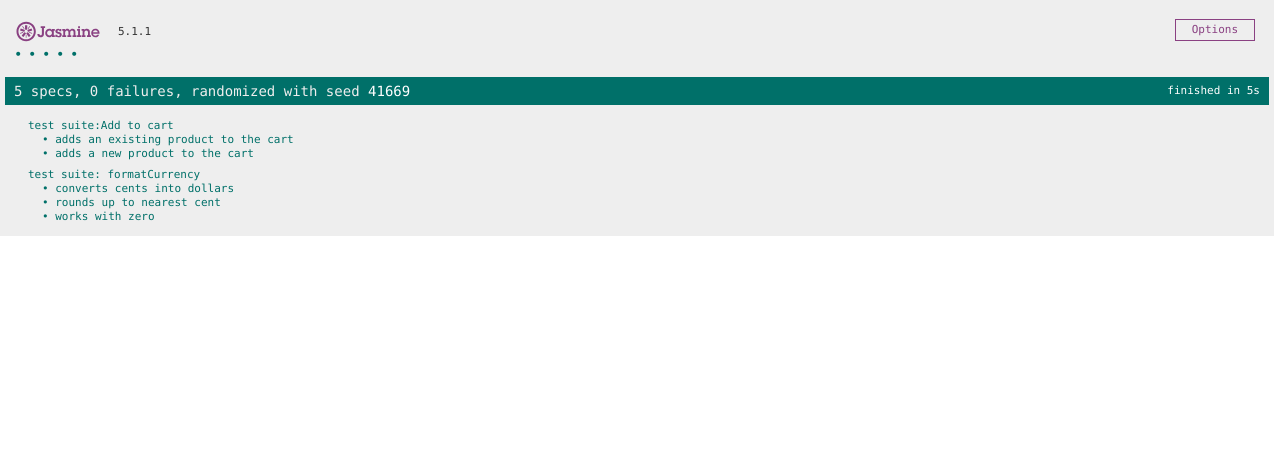
Repository: Srikeerthi05/Amazon-project
Page: tests-jasmine/tests.html
An editor plug-in stored every save of this project. The page is shown before and after the next save, followed by the edit.
The browser window is 1280 px wide. The pictures show the whole page.

Above is the page before, as saved 2025-05-25 17:27:02.

### tests-jasmine/tests.html
<!DOCTYPE html>
<html>
<head>
  <meta charset="utf-8">
  <title>Jasmine Spec Runner v5.1.1</title>

  <link rel="shortcut icon" type="image/png" href="lib/jasmine-5.1.1/jasmine_favicon.png">
  <link rel="stylesheet" href="lib/jasmine-5.1.1/jasmine.css">

  <script src="lib/jasmine-5.1.1/jasmine.js"></script>
  <script src="lib/jasmine-5.1.1/jasmine-html.js"></script>
  <script src="lib/jasmine-5.1.1/boot0.js"></script>
  <!-- optional: include a file here that configures the Jasmine env -->
  <script src="lib/jasmine-5.1.1/boot1.js"></script>


  <script src="utils/moneyTest.js" type="module"></script>
  <script src="data/cartTest.js" type="module"></script>

</head>

<body>
  <div class="js-test-container"></div>
</body>
</html>

### tests-jasmine/utils/moneyTest.js
import {formatCurrency} from '../../scripts/utils/money.js';

describe('test suite: formatCurrency',()=>{
    it('converts cents into dollars',()=>{
        expect(formatCurrency(2095)).toEqual('20.95');
    })
    it('works with zero',()=>{
        expect(formatCurrency(0)).toEqual('0.00');
    })
    it('rounds up to nearest cent',()=>{
        expect(formatCurrency(2000.5)).toEqual('20.01');
    })
})

### tests-jasmine/data/cartTest.js
import {addToCart,cart, loadFromStorage} from '../../data/cart.js';

describe('test suite:Add to cart',()=>{
    it('adds an existing product to the cart',()=>{
        spyOn(localStorage,'setItem');

        spyOn(localStorage,'getItem').and.callFake(()=>{
            return JSON.stringify([{
             productId:'e43638ce-6aa0-4b85-b27f-e1d07eb678c6',
            quantity:1,
            deliveryOptionId:'1'
        }]);


        });

        loadFromStorage();

        addToCart('e43638ce-6aa0-4b85-b27f-e1d07eb678c6');
        expect(cart.length).toEqual(1);
        expect(localStorage.setItem).toHaveBeenCalledTimes(1);
        expect(cart[0].productId).toEqual('e43638ce-6aa0-4b85-b27f-e1d07eb678c6');
        expect(cart[0].quantity).toEqual(2);
    });

    it('adds a new product to the cart',()=>{
        spyOn(localStorage,'setItem');
        spyOn(localStorage,'getItem').and.callFake(()=>{
            return JSON.stringify([]);
        });
        loadFromStorage();



        addToCart('e43638ce-6aa0-4b85-b27f-e1d07eb678c6');
        expect(cart.length).toEqual(1);
        expect(localStorage.setItem).toHaveBeenCalledTimes(1);
        expect(cart[0].productId).toEqual('e43638ce-6aa0-4b85-b27f-e1d07eb678c6');
        expect(cart[0].quantity).toEqual(1);
    });


});

### scripts/utils/money.js
export  function formatCurrency(priceCents){
    return (Math.round(priceCents)/100).toFixed(2);
}
export default formatCurrency;

### data/cart.js
export let cart;

loadFromStorage()
export function loadFromStorage(){

     cart=JSON.parse(localStorage.getItem('cart'));

if(!cart){
    cart=[{
   productId:'e43638ce-6aa0-4b85-b27f-e1d07eb678c6',
   quantity:2,
   deliveryOptionId:'1'
},{
    productId:'15b6fc6f-327a-4ec4-896f-486349e85a3d',
    quantity: 1,
    deliveryOptionId:'2'
}
];

}
}

function saveToStorage(){
    localStorage.setItem('cart',JSON.stringify(cart));
}




export function addToCart(productId){
     let matchingItem;

     cart.forEach((cartItem)=>{
      if(productId===cartItem.productId){
        matchingItem=cartItem;
      }
     });;
     if(matchingItem){
      matchingItem.quantity+=1;
     }
     else{
      cart.push({
      productId: productId,
      quantity: 1,
      deliveryOptionId:'1'
     });
     }

     saveToStorage();

}

export function removeFromCart(productId){
    const newCart=[];
    cart.forEach((cartItem)=>{
        if(cartItem.productId!==productId){
            newCart.push(cartItem);
        }
    });

    cart =newCart;

    saveToStorage();
}

export function updateDeliveryOption(productID, deliveryOptionId){
    let matchingItem;

     cart.forEach((cartItem)=>{
      if(productID===cartItem.productId){
        matchingItem=cartItem;
      }
     });


     matchingItem.deliveryOptionId=deliveryOptionId;
     saveToStorage();
}

Loaded but not shown: tests-jasmine/lib/jasmine-5.1.1/jasmine.css (library); tests-jasmine/lib/jasmine-5.1.1/jasmine.js (library); tests-jasmine/lib/jasmine-5.1.1/jasmine-html.js (library); tests-jasmine/lib/jasmine-5.1.1/boot0.js (common file); tests-jasmine/lib/jasmine-5.1.1/boot1.js (library)

After the next save:
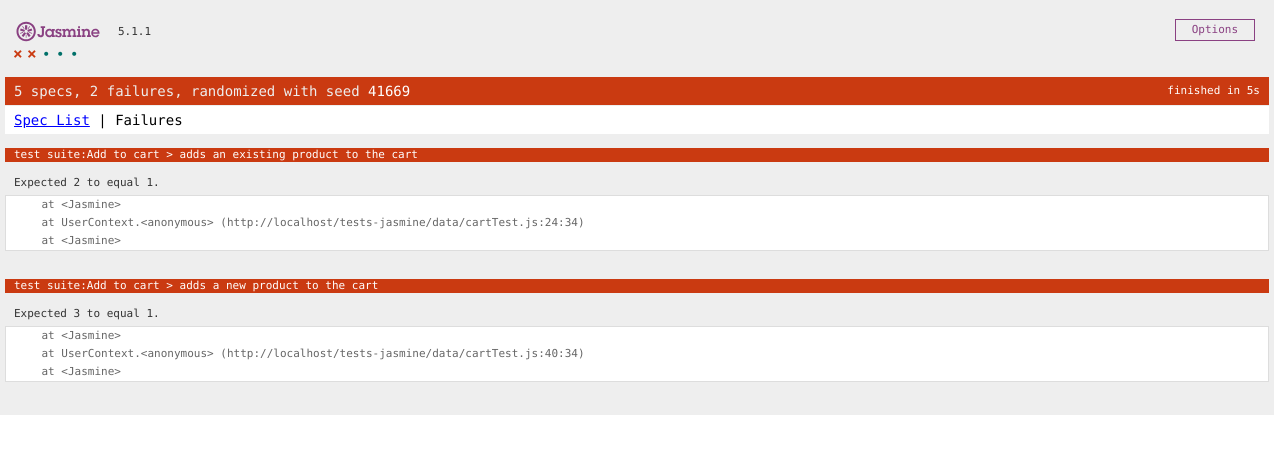
Saved 12 s later.
--- a/tests-jasmine/data/cartTest.js
+++ b/tests-jasmine/data/cartTest.js
@@ -16,11 +16,12 @@
 
         loadFromStorage();
 
+
         addToCart('e43638ce-6aa0-4b85-b27f-e1d07eb678c6');
         expect(cart.length).toEqual(1);
         expect(localStorage.setItem).toHaveBeenCalledTimes(1);
         expect(cart[0].productId).toEqual('e43638ce-6aa0-4b85-b27f-e1d07eb678c6');
-        expect(cart[0].quantity).toEqual(2);
+        expect(cart[0].quantity).toEqual(1);
     });
 
     it('adds a new product to the cart',()=>{
@@ -28,7 +29,7 @@
         spyOn(localStorage,'getItem').and.callFake(()=>{
             return JSON.stringify([]);
         });
-        loadFromStorage();
+        loadFromStorage
 
 
 
